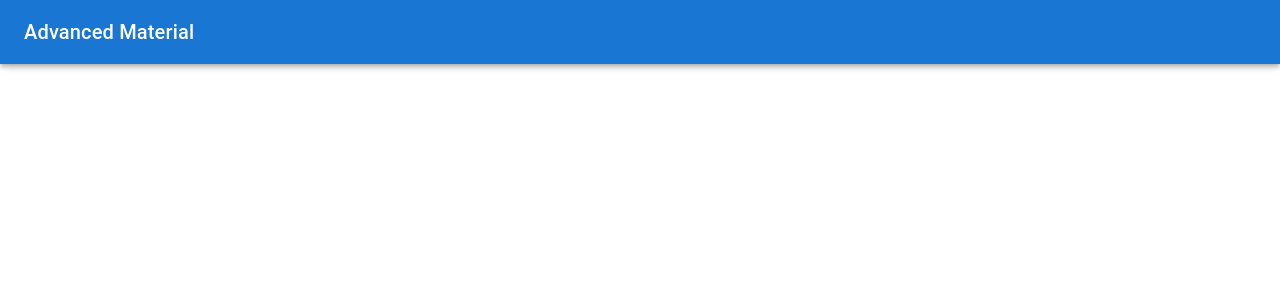
Repository: knowledgeAlan/react-mui
Page: /
These files come from the project's save history. The page is drawn as it stood at one moment and after the next save; the edit follows.
The browser window is 1280 px wide. The pictures show the whole page.
The project was rebuilt for these pictures with package versions that can differ from the ones it lists, and the page was loaded fresh each time. Also part of the build but not shown: vite.config.ts.

Above is the page before, as saved 2025-01-20 18:21:14.

After the next save:
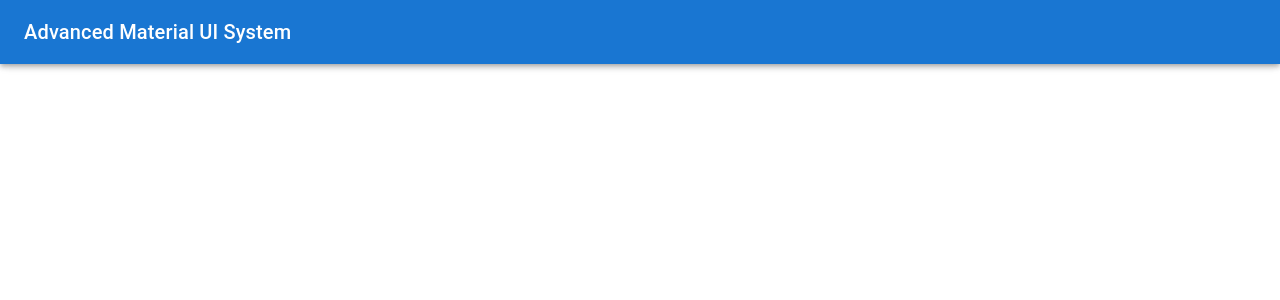
Saved 5 s later.
--- a/src/components/Scaffold/NaviDrawer.tsx
+++ b/src/components/Scaffold/NaviDrawer.tsx
@@ -6,7 +6,7 @@ export default function NavDrawer(){
         <AppBar position="fixed">
             <Toolbar>
                 <Typography variant="h6" noWrap>
-                    Advanced Material
+                    Advanced Material UI System
                 </Typography>
             </Toolbar>
         </AppBar>
